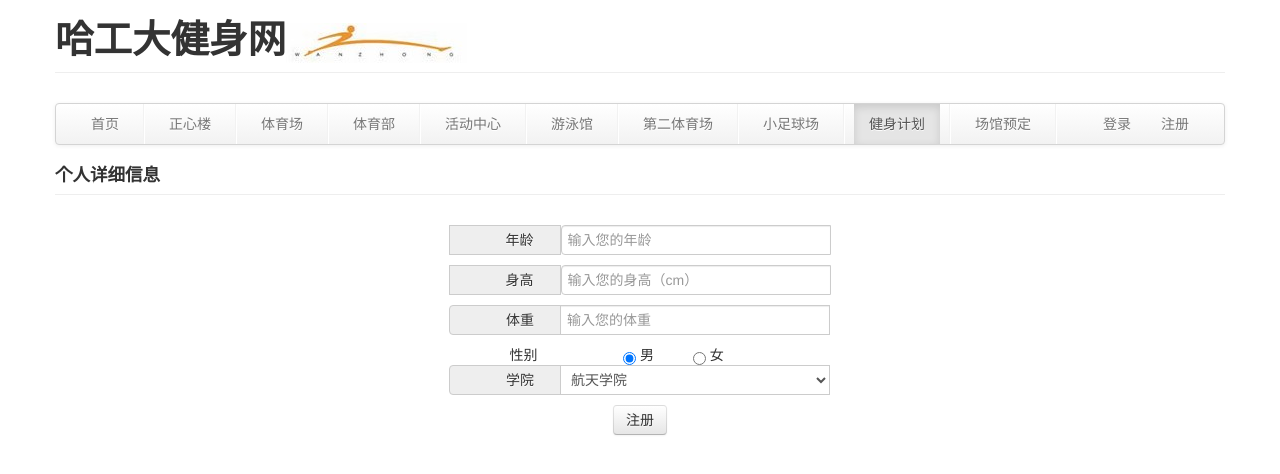
Repository: hitDeveloper/fitness
Page: http://localhost/project/myplan.jsp
The author's editor kept a copy of each file at every save. The page is drawn from the files as they stood at one save, then again after the next save.
The browser window is 1280 px wide. The pictures show the whole page.
The page is served by Tomcat 9. Nobody is signed in. The application's start-up code is not run. Other server files are loaded and not shown.

Above is the page before, as saved 2014-11-19 01:01:25.

### Project/project/WebRoot/myplan.jsp
<%@ page language="java" import="java.util.*" pageEncoding="UTF-8"%>
<!DOCTYPE html>
<html>
<head>
<title>首页</title>
	<meta name="viewport" content="width=device-width, initial-scale=1.0"  charset="utf-8">
	<link href="bootstrap.min.css" rel="stylesheet" type="text/css" media="screen">
	<link href="bootstrap-responsive.min.css" rel="stylesheet" type="text/css">
</head>
<body>
<div class="container">
<h1 class="page-header" >哈工大健身网<img src="image/logo.jpg"></h1>
<div class="navbar">
<div class="navbar-inner">
<div class="container">
<ul class="nav">
	<li><a href="main.jsp">首页</a></li>
	<li class="divider-vertical"></li>
	<li><a href="zhengxin.jsp">正心楼</a></li>
	<li class="divider-vertical"></li>
	<li><a href="gym.jsp">体育场</a></li>
	<li class="divider-vertical"></li>
	<li><a href="tiyubu.jsp">体育部</a></li>
	<li class="divider-vertical"></li>
	<li><a href="center.jsp">活动中心</a></li>
	<li class="divider-vertical"></li>
	<li><a href="swimming.jsp">游泳馆</a></li>
	<li class="divider-vertical"></li>
	<li><a href="gym2.jsp">第二体育场</a></li>
	<li class="divider-vertical"></li>
	<li><a href="xiaozuqiuchang.jsp">小足球场</a></li>
	<li class="divider-vertical"></li>
	<li class="active"><a href="myplan.jsp">健身计划</a></li>
	<li class="divider-vertical"></li>
	<li><a href="book.jsp">场馆预定</a></li>
	<li class="divider-vertical"></li>
</ul>
<ul class="nav pull-right">
	<li><a href="login.jsp">登录</a></li>
	<li><a href="register.jsp">注册</a></li>
</ul>
</div>
</div>
</div>
<h4 class="page-header">个人详细信息</h4>
<div align="center">
<div class="input-append">
<span class="add-on"><div class="span1" align="center">年龄</div></span>
<input type="text" placeholder="输入您的年龄" class="span3" name="age" />
</div></div>
<div align="center">
<div class="input-append">
<span class="add-on"><div class="span1" align="center">身高</div></span>
<input type="password" placeholder="输入您的身高（cm）" class="span3" name="height" />
</div></div>
<div align="center">
<div class="input-prepend input-append">
<span class="add-on"><div class="span1" align="center">体重</div></span>
<input type="password" placeholder="输入您的体重" class="span3" name="weight" />
</div></div>
<div align="center">
	 性别&nbsp;&nbsp;&nbsp;&nbsp;&nbsp;&nbsp;&nbsp;&nbsp;&nbsp;&nbsp;&nbsp;&nbsp;&nbsp;&nbsp;&nbsp;&nbsp;&nbsp;&nbsp;&nbsp;&nbsp;&nbsp;
     <input type="radio" name="gender" value="男" checked> 男&nbsp;&nbsp;&nbsp;&nbsp;&nbsp;&nbsp;&nbsp;&nbsp;&nbsp;
     <input type="radio" name="gender" value="女"> 女&nbsp;&nbsp;&nbsp;&nbsp;&nbsp;&nbsp;&nbsp;&nbsp;&nbsp;&nbsp;&nbsp;&nbsp;
</div>
<div align="center">
<div class="input-prepend input-append">
<span class="add-on"><div class="span1" align="center">学院</div></span>
<select class="span3" name="college">
<option value="航天学院">航天学院</option>
<option value="机电工程学院">机电工程学院</option>
<option value="材料科学与工程学院">材料科学与工程学院</option>
<option value="电子与信息工程学院">电子与信息工程学院</option>
<option value="能源科学与工程学院">能源科学与工程学院</option>
<option value="电气工程及自动化学院">电气工程及自动化学院</option>
<option value="理学院">理学院</option>
<option value="经济与管理学院">经济与管理学院</option>
<option value="人文与社会科学学院">人文与社会科学学院</option>
<option value="土木工程学院">土木工程学院</option>
<option value="市政环境工程学院">市政环境工程学院</option>
<option value="建筑学院">建筑学院</option>
<option value="交通科学与工程学院">交通科学与工程学院</option>
<option value="计算机科学与技术学院">计算机科学与技术学院</option>
<option value="软件学院">软件学院</option>
<option value="法学院">法学院</option>
<option value="化工学院">化工学院</option>
<option value="食品科学与工程学院">食品科学与工程学院</option>
<option value="外国语学院">外国语学院</option>
<option value="媒体技术与艺术系">媒体技术与艺术系</option>
<option value="生命科学与技术学院">生命科学与技术学院</option>
<option value="马克思主义学院">马克思主义学院</option>
<option value="基础学部">基础学部</option>
<option value="基础与交叉科学研究院">基础与交叉科学研究院</option>
<option value="实验学院">实验学院</option>
<option value="其他学院">其他学院</option>
</select>
</div></div>
<div align="center">
	<input class="btn" type="submit" value="注册"/>
</div>

</div>
		<script src="jquery-1.11.1.min.js"></script>
		<script src="bootstrap.min.js"></script>
</body>
</html>

Loaded but not shown: Project/project/WebRoot/bootstrap.min.css (library); Project/project/WebRoot/bootstrap-responsive.min.css (library); Project/project/WebRoot/jquery-1.11.1.min.js (library); Project/project/WebRoot/bootstrap.min.js (library)

After the next save:
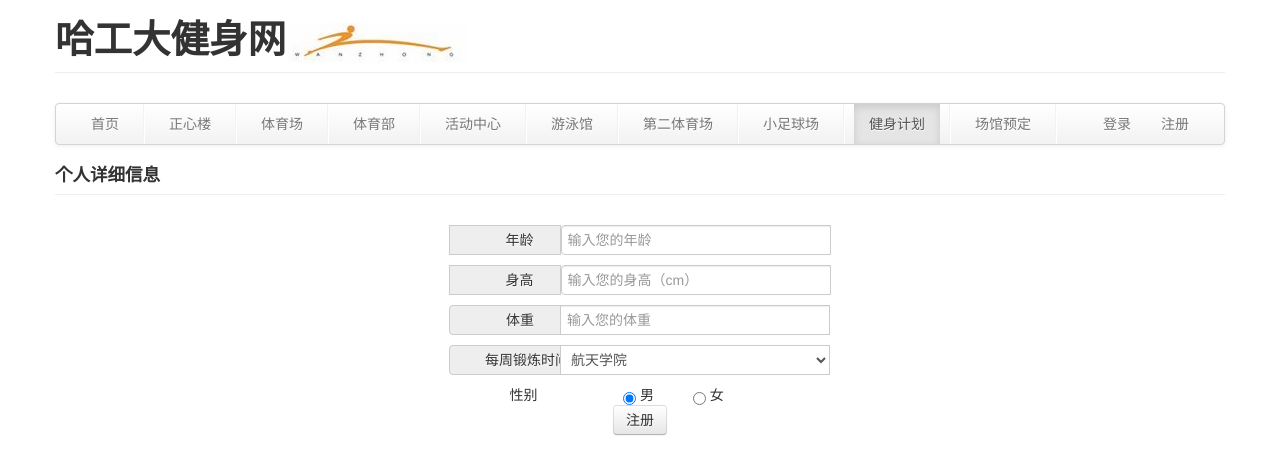
Saved 98 s later.
--- a/Project/project/WebRoot/myplan.jsp
+++ b/Project/project/WebRoot/myplan.jsp
@@ -59,42 +59,20 @@
 <input type="password" placeholder="输入您的体重" class="span3" name="weight" />
 </div></div>
 <div align="center">
+<div class="input-prepend input-append">
+<span class="add-on"><div class="span1" align="center">每周锻炼时间</div></span>
+<select class="span3" name="payTime">
+<option value="航天学院">航天学院</option>
+<option value="机电工程学院">机电工程学院</option>
+<option value="材料科学与工程学院">材料科学与工程学院</option>
+<option value="电子与信息工程学院">电子与信息工程学院</option>
+</select>
+</div></div>
+<div align="center">
 	 性别&nbsp;&nbsp;&nbsp;&nbsp;&nbsp;&nbsp;&nbsp;&nbsp;&nbsp;&nbsp;&nbsp;&nbsp;&nbsp;&nbsp;&nbsp;&nbsp;&nbsp;&nbsp;&nbsp;&nbsp;&nbsp;
      <input type="radio" name="gender" value="男" checked> 男&nbsp;&nbsp;&nbsp;&nbsp;&nbsp;&nbsp;&nbsp;&nbsp;&nbsp;
      <input type="radio" name="gender" value="女"> 女&nbsp;&nbsp;&nbsp;&nbsp;&nbsp;&nbsp;&nbsp;&nbsp;&nbsp;&nbsp;&nbsp;&nbsp;
 </div>
-<div align="center">
-<div class="input-prepend input-append">
-<span class="add-on"><div class="span1" align="center">学院</div></span>
-<select class="span3" name="college">
-<option value="航天学院">航天学院</option>
-<option value="机电工程学院">机电工程学院</option>
-<option value="材料科学与工程学院">材料科学与工程学院</option>
-<option value="电子与信息工程学院">电子与信息工程学院</option>
-<option value="能源科学与工程学院">能源科学与工程学院</option>
-<option value="电气工程及自动化学院">电气工程及自动化学院</option>
-<option value="理学院">理学院</option>
-<option value="经济与管理学院">经济与管理学院</option>
-<option value="人文与社会科学学院">人文与社会科学学院</option>
-<option value="土木工程学院">土木工程学院</option>
-<option value="市政环境工程学院">市政环境工程学院</option>
-<option value="建筑学院">建筑学院</option>
-<option value="交通科学与工程学院">交通科学与工程学院</option>
-<option value="计算机科学与技术学院">计算机科学与技术学院</option>
-<option value="软件学院">软件学院</option>
-<option value="法学院">法学院</option>
-<option value="化工学院">化工学院</option>
-<option value="食品科学与工程学院">食品科学与工程学院</option>
-<option value="外国语学院">外国语学院</option>
-<option value="媒体技术与艺术系">媒体技术与艺术系</option>
-<option value="生命科学与技术学院">生命科学与技术学院</option>
-<option value="马克思主义学院">马克思主义学院</option>
-<option value="基础学部">基础学部</option>
-<option value="基础与交叉科学研究院">基础与交叉科学研究院</option>
-<option value="实验学院">实验学院</option>
-<option value="其他学院">其他学院</option>
-</select>
-</div></div>
 <div align="center">
 	<input class="btn" type="submit" value="注册"/>
 </div>
